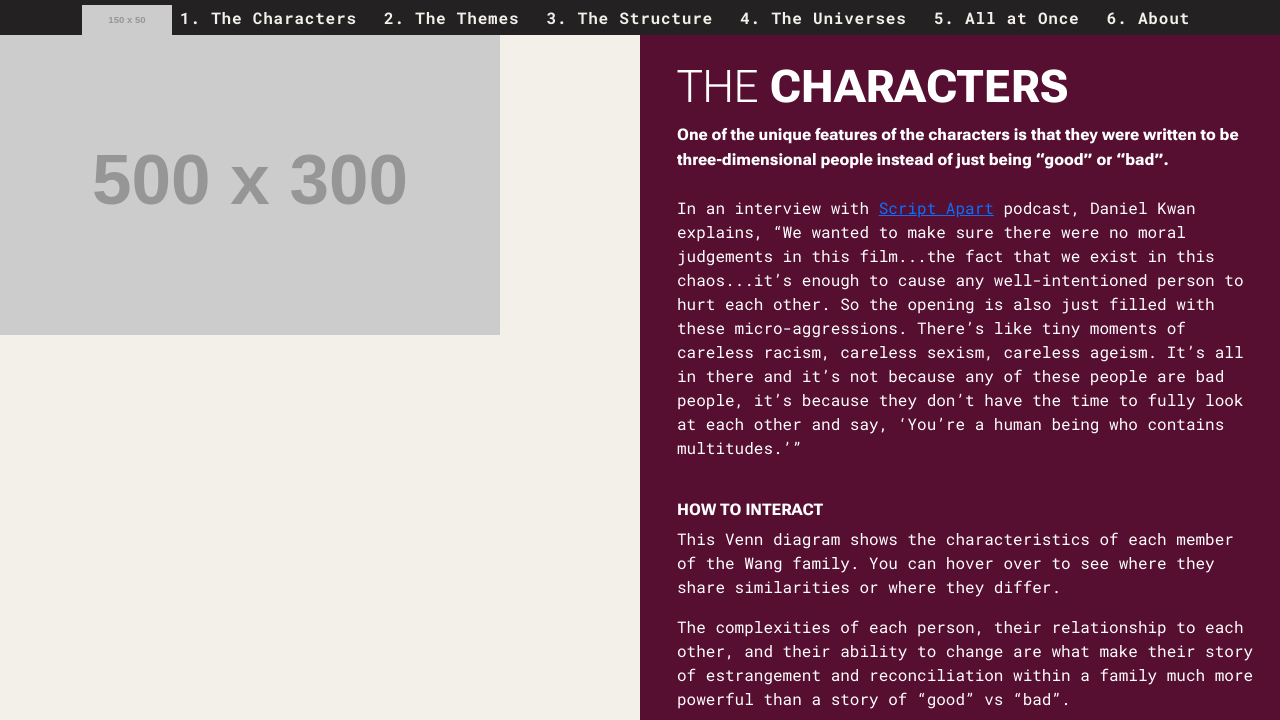
Repository: angelica-hom/msdv-thesis
Page: characters.html
The author's editor kept a record of every edit. The page is drawn from the files as they stood at one moment, then again after the next edit.
The browser window is 1280 px wide. The pictures show the whole page.
An inner scrolling area shows only its first screen.

Above is the page before.

After the next edit:
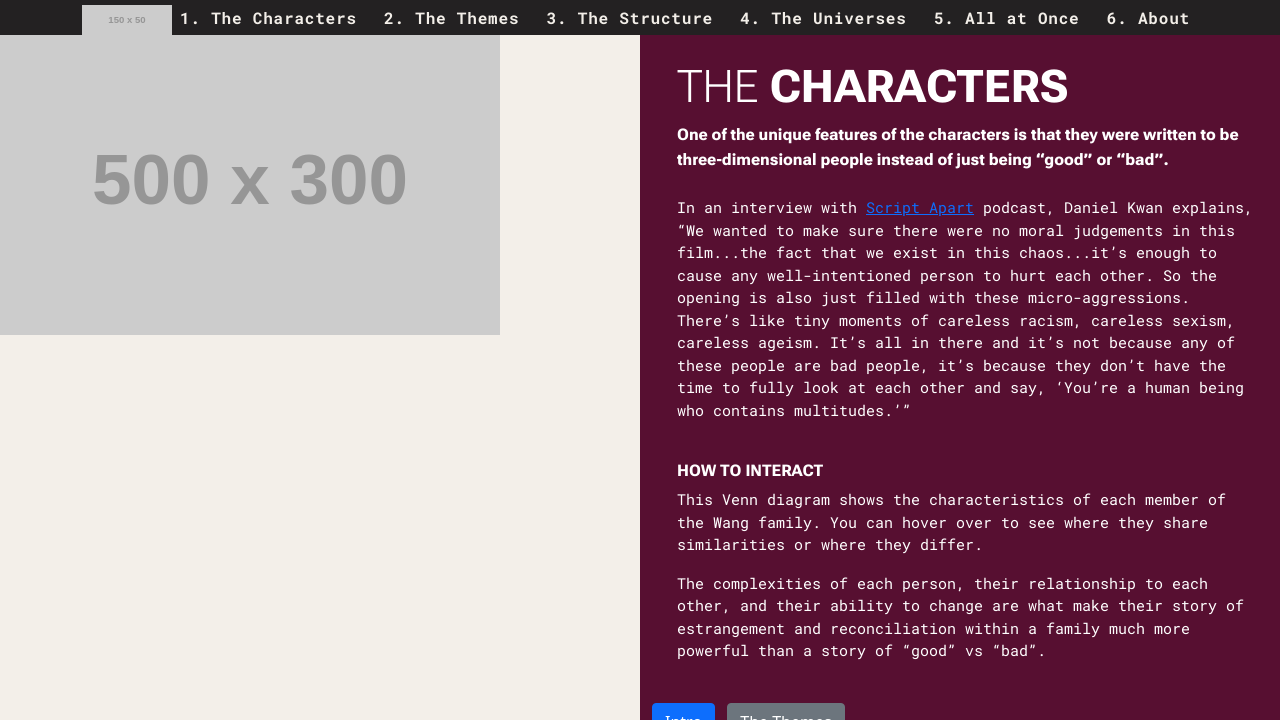
The edit:
--- a/characters.css
+++ b/characters.css
@@ -106,7 +106,7 @@
     font-family: 'Roboto Mono', monospace;
     font-style: normal;
     font-weight: 400;
-    font-size: 16px;
+    font-size: 15px;
 }
 
 /* VISUALIZATION */
